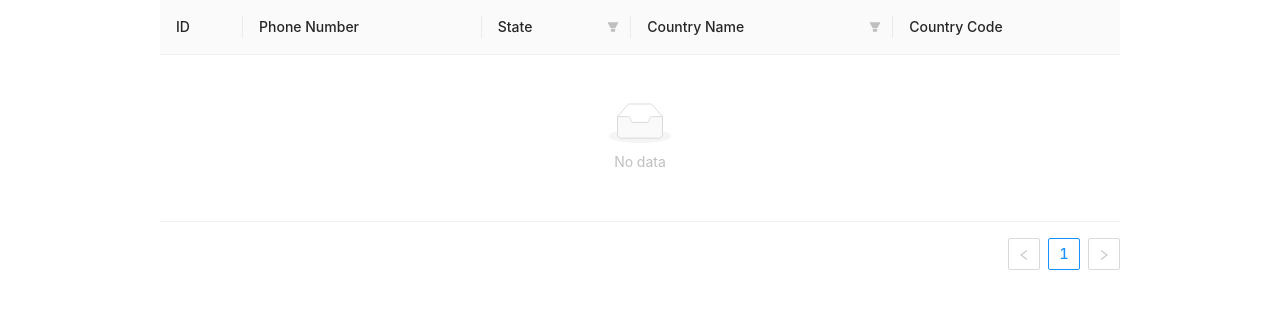
Repository: MohamedMedhat96/jumia-phone-directory-task
Page: / (app in jumia-task-frontend/)
These files come from the project's save history. The page is drawn as it stood at one moment and after the next save; the edit follows.
The browser window is 1280 px wide. The pictures show the whole page.
The project was rebuilt for these pictures with package versions that can differ from the ones it lists, and the page was loaded fresh each time.

Above is the page before, as saved 2021-10-15 14:06:25.

After the next save:
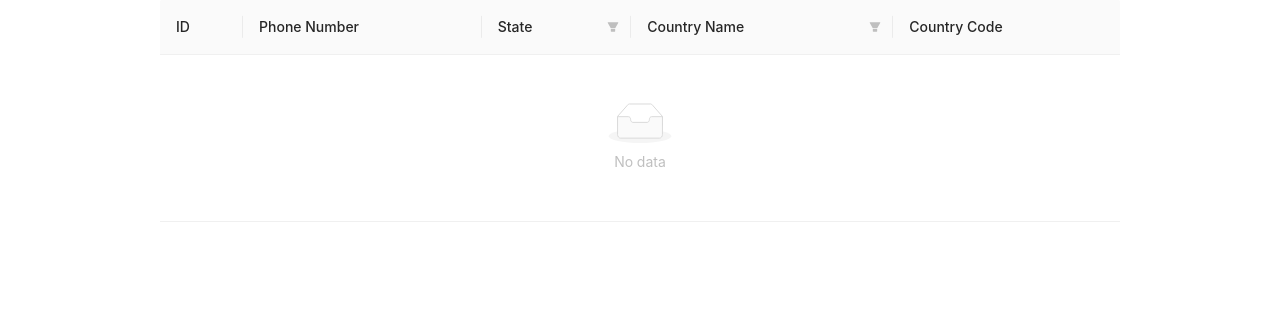
Saved 89 s later.
--- a/jumia-task-frontend/src/App.js
+++ b/jumia-task-frontend/src/App.js
@@ -5,7 +5,7 @@ import { useState } from "react";
 
 function App() {
 
-  const [pagination, setPagination] = useState({ current: 1, pageSize: 10, total: 5 })
+  const [pagination, setPagination] = useState({ current: 1, pageSize: 10, pages: 5 })
   const stateSearch = () => {
     return <div>
       <Search
